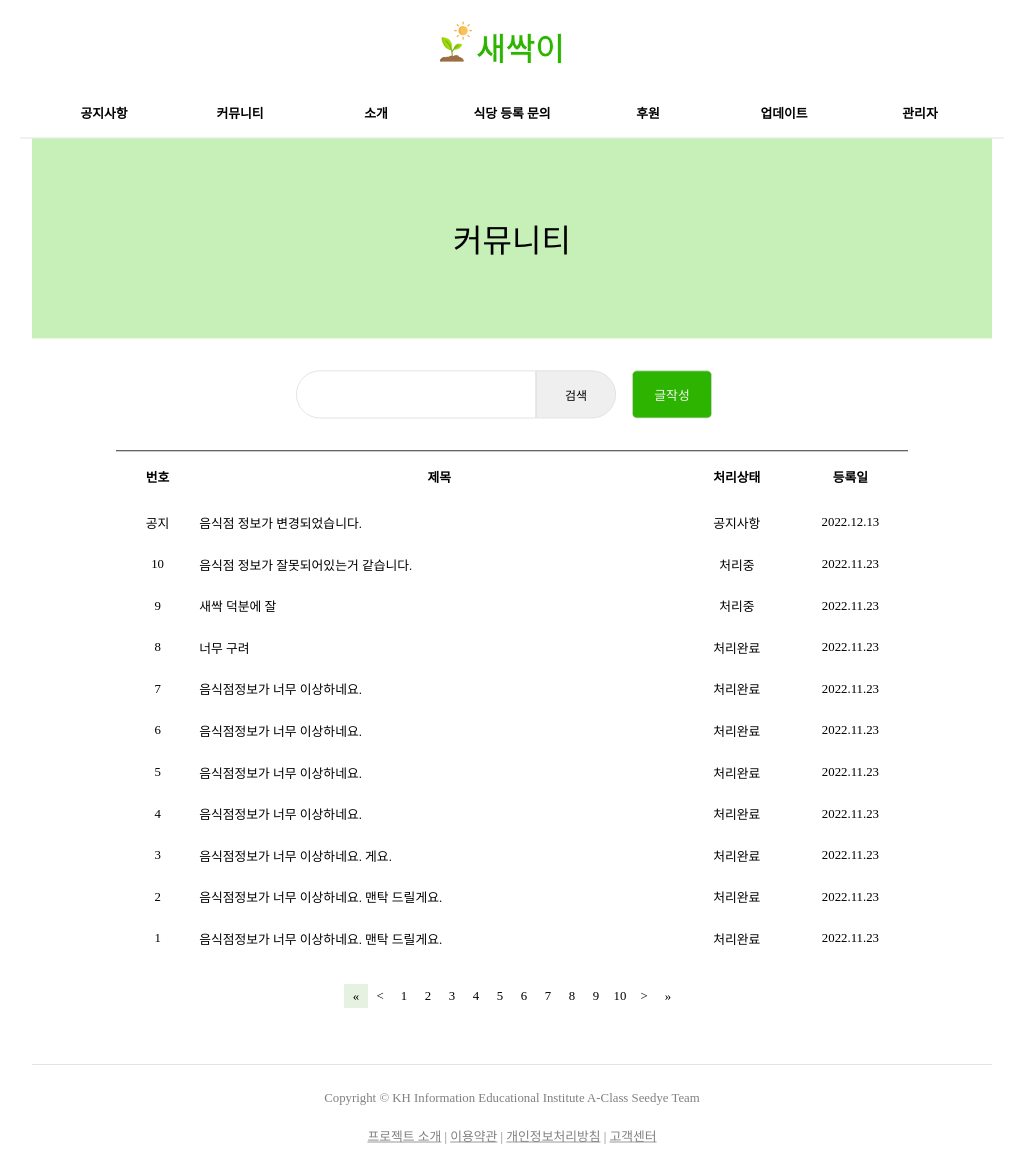
Repository: Seedye/Seedye
Page: team/src/main/webapp/html/board/board-list.html
An editor plug-in stored every save of this project. The page is shown before and after the next save, followed by the edit.
The browser window is 1280 px wide. The pictures show the whole page, at 80% of full size.
The pointer rests on the first visible `.board-list-page-area>li`.
Some web fonts or font styles are not loaded; a fallback is used.

Above is the page before, as saved 2022-12-14 16:47:30.

### team/src/main/webapp/html/board/board-list.html
<!DOCTYPE html>
<html lang="en">
<head>
    <meta charset="UTF-8">
    <meta http-equiv="X-UA-Compatible" content="IE=edge">
    <meta name="viewport" content="width=device-width, initial-scale=1.0">
    <title>boardList</title>
    <link rel="stylesheet" href="../../resources/css/header.css">
    <link rel="stylesheet" href="../../resources/css/boardList-style.css">
</head>
<body>
  <header>
        <!-- 헤더 -->
        <section id="header-container">
            <!-- 로고 -->
            <section id="logo-section">
                <a href="#"><img id="logo" src="../../resources/images/새싹이.png"></a>
                <a href="#" id="logo-content">새싹이</a>
            </section>
            <!-- 메뉴창 -->
            <nav id="nav-bar">
                <ul>
                    <li><a href="#"></a>공지사항</li>
                <li><a href="#"></a>커뮤니티</li>
                <li><a href="#"></a>소개</li>
                <li><a href="#"></a>식당 등록 문의</li>
                <li><a href="#"></a>후원</li>
                <li><a href="#"></a>업데이트</li>
                <li><a href="#"></a>관리자</li>
            </ul>
        </nav>
    </section>
    </header>
    <main>
      <!-- board 영역 -->
      <section class="board-body-area">
        <div class="board-title">커뮤니티</div>

        <!-- 검색 -->
        <div class="board-list-serch-write-area">
          <!-- 검색어 입력 input -->
          <div class="board-list-serch">
            <input type="text" >
          </div>
          <!-- 검색 버튼 -->
          <button>검색</button>
          <!-- 글작성 버튼 -->
          <div class="board-write-btn">글작성</div>
        </div>

        <!-- 게시글 리스트 영역 -->
        <div class="board-list-area">
          <!-- 게시글 나타나는 테이블 -->
          <table class="board-list-table">
            <thead class="board-list-thead">
              <th>번호</th>
              <th>제목</th>
              <th>처리상태</th>
              <th>등록일</th>
            </thead>
            <tbody>

              <!-- 공지 -->
              <tr>
                <td>공지</td>
                <td>음식점 정보가 변경되었습니다.</td>
                <td>공지사항</td>
                <td>2022.12.13</td>
      <!-- colspan="2" -->
              </tr>

              <!-- 게시물 -->
              <tr>
                <td>10</td>
                <td>음식점 정보가 잘못되어있는거 같습니다.</td>
                <td>처리중</td>
                <td>2022.11.23</td>
              </tr>

              <tr>
                <td>9</td>
                <td>새싹 덕분에 잘 </td>
                <td>처리중</td>
                <td>2022.11.23</td>
              </tr>

              <tr>
                <td>8</td>
                <td>너무 구려</td>
                <td>처리완료</td>
                <td>2022.11.23</td>
              </tr>

              <tr>
                <td>7</td>
                <td>음식점정보가 너무 이상하네요. </td>
                <td>처리완료</td>
                <td>2022.11.23</td>
              </tr>
              <tr>
                <td>6</td>
                <td>음식점정보가 너무 이상하네요.  </td>
                <td>처리완료</td>
                <td>2022.11.23</td>
              </tr>
              <tr>
                <td>5</td>
                <td>음식점정보가 너무 이상하네요.  </td>
                <td>처리완료</td>
                <td>2022.11.23</td>
              </tr>
              <tr>
                <td>4</td>
                <td>음식점정보가 너무 이상하네요. </td>
                <td>처리완료</td>
                <td>2022.11.23</td>
              </tr>
              <tr>
                <td>3</td>
                <td>음식점정보가 너무 이상하네요. 게요. </td>
                <td>처리완료</td>
                <td>2022.11.23</td>
              </tr>
              <tr>
                <td>2</td>
                <td>음식점정보가 너무 이상하네요. 맨탁 드릴게요. </td>
                <td>처리완료</td>
                <td>2022.11.23</td>
              </tr>
              <tr>
                <td>1</td>
                <td>음식점정보가 너무 이상하네요. 맨탁 드릴게요. </td>
                <td>처리완료</td>
                <td>2022.11.23</td>
              </tr>
            </tbody>


          </table>

            <ul class="board-list-page-area">
              <li>&laquo;</li>
              <li>&lt;</li>
              <li>1</li>
              <li>2</li>
              <li>3</li>
              <li>4</li>
              <li>5</li>
              <li>6</li>
              <li>7</li>
              <li>8</li>
              <li>9</li>
              <li>10</li>
              <li>&gt;</li>
              <li>&raquo;</li>
            </ul>
            <!-- <div class="board-list-page-num"></div>
            <div class="board-list-page-num"></div> -->
          </div>

      </section>
    </main>

    <footer>
        <p>
            Copyright &copy; KH Information Educational Institute A-Class Seedye Team
        </p>
        <article>
            <a href="#">프로젝트 소개</a>
            <span>|</span>
            <a href="#">이용약관</a>
            <span>|</span>
            <a href="#">개인정보처리방침</a>
            <span>|</span>
            <a href="#">고객센터</a>
        </article>
    </footer>

</body>
</html>

### team/src/main/webapp/resources/css/header.css

@font-face {
    font-family: 'yg-jalnan';
    src: url('https://cdn.jsdelivr.net/gh/projectnoonnu/noonfonts_four@1.2/JalnanOTF00.woff') format('woff');
    font-weight: normal;
    font-style: normal;
}


@font-face {
    font-family: 'NIXGONM-Vb';
    src: url('https://cdn.jsdelivr.net/gh/projectnoonnu/noonfonts_six@1.2/NIXGONM-Vb.woff') format('woff');
    font-weight: normal;
    font-style: normal;
}

*{
    box-sizing: border-box;
    margin: 0;
    padding: 0;
}

body{
    display: flex;
    justify-content: center;
    align-items: center;
    flex-direction: column;
}


#logo-section{
    width: 1200px;
    display: flex;
    justify-content: center;
    align-items: center;
    margin-top: 20px;
}

#logo{
    width: 50px;
    height: 50px;
}

#logo-content{
    color: #2db400;
    -webkit-text-stroke: 1px white;
    text-decoration: none;
    font-weight: bold;
    font-family: yg-jalnan;
    font-size: 40px;
    padding-top: 10px;
}

#nav-bar{
    display: flex;
    justify-content: center;
    margin: 20px 0px  0px  0px;
}

#nav-bar > ul {
    width: 100%;
    display: flex;
    justify-content: space-between;
    font-weight: bold;
    border-bottom: 1px solid #ddd;
    padding: 0px 20px;
}

#nav-bar > ul > li{
    font-family: NIXGONM-Vb;
    float: left;
    display: flex;
    justify-content: center;
    padding: 20px 35px;
    border-radius: 6px;
    cursor: pointer;
    width: 170px;
    height: auto;
}

#nav-bar > ul > li:hover{
    background-color: rgba(45, 180, 0, 0.6);
    color: white;
    transition-duration: 0.3s;
}

footer {
    width: 1200px;
    height: 134px;
    color: gray;
    font-size: var(--small-font-size);
    padding: 20px 0;

    display: flex;
    flex-direction: column;
    justify-content: space-around;
    align-items: center;

    /* position: absolute; */
    bottom: 0;

    border-top: 1px solid #ddd;
  }

  footer a {
    color: gray;
  }

### team/src/main/webapp/resources/css/boardList-style.css
*{
  font-family: "NIXGONM-Vb";
}

.board-title{
  /* margin-top: 0; */
  width: 1200px;
  height: 250px;
  background-color: #c6f0b8;
  display: flex;
  justify-content: center;
  align-items: center;
  font-size: 40px;
}
/* 검색 영역 스타일 */
.board-list-serch-write-area{
  display: flex;
  align-items: center;
  justify-content: center;
  margin-top: 20px;
  margin-bottom: 20px;

}
.board-list-serch{
  width: 300px;
  height: 60px;
  border-radius: 30px 0 0 30px;
  border: 1px solid #ddd;

  display: flex;
    justify-content: end;
    align-items: center;
}
.board-list-serch > input{
  width: 260px;
  height: 50px;
  border: 0px;
  font-size: 20px;
}
.board-list-serch > input:focus{
  outline: none;

}
.board-list-serch-write-area > button{
  height: 60px;
  width: 100px;
  border-radius: 0 30px 30px 0;
  border: 1px solid #ddd;
  font-size: 15px;
  cursor: pointer;
}

.board-write-btn{
  margin: 20px;
  width: 100px;
  height: 60px;
  display: flex;
  align-items: center;
  border-radius: 6px;
  justify-content: center;
  border: 1px solid #ddd;
  cursor: pointer;
  background-color: #2db400;
  color: whitesmoke;
}
.board-write-btn:hover{
  transition-duration: 0.2s;
  background-color: #2aa800;
  box-shadow: 1px 1px 1px 1px rgb(216, 216, 216);
  border:none;
}
/* 테이블 스타일 */
.board-list-table{
  text-align: center;

  margin: auto;
  /* width: 90vw; */
  border-top: 1px solid black;
}
/* .board-list-area{
  height: 500px;
} */
.board-list-thead{
  height: 60px;
  /* background-color: red; */
  border-top: 2px solid red;
}
.board-list-thead > tr{
  border: 2px solid red;
}
/* 게시글 번호 부분 */
.board-list-table > tbody > tr > td:first-child {
  width: 100px;
  height: 50px;
  cursor: pointer;
  /* background-color: blueviolet; */

  /* text-align: center; */
}
/* 게시물 제목 부분 */
.board-list-table > tbody > tr > td:nth-child(2){
  /* display: block; */
  width: 600px;
  height: 50px;
  text-align: left;
  cursor: pointer;

}
/* 게시글 처리상태/등록일 부분 */
.board-list-table > tbody > tr > td:nth-child(3),
.board-list-table > tbody > tr > td:nth-child(4){
  /* width: 140px; */
  min-width: 140px;
  height: 50px;
  cursor: pointer;
  /* background-color: red; */
}

/* {
  width: 140px;
  height: 50px;

} */

.board-list-table > tbody> tr{

  height: 50px;
}
.board-list-table > tbody> tr:hover{
  background-color: #d8f0d0;

}
/* .board-list-table > tbody > tr > td:hover{
  background-color: #d8f0d0;
} */

/* 페이지 넘기기 스타일 */
.board-list-page-area{
  display: flex;
  justify-content: center;
  margin-top: 30px;
  margin-bottom: 70px;
}

.board-list-page-area>li{
  display: flex;
  justify-content: center;
  align-items: center;
  width: 30px;
  height: 30px;
  list-style:none;
  cursor: pointer;
  /* padding-left: 0px; */
}
.board-list-page-area>li:hover{
  background-color: #e5f1e1;
  border-bottom: #2db400;
}

After the next save:
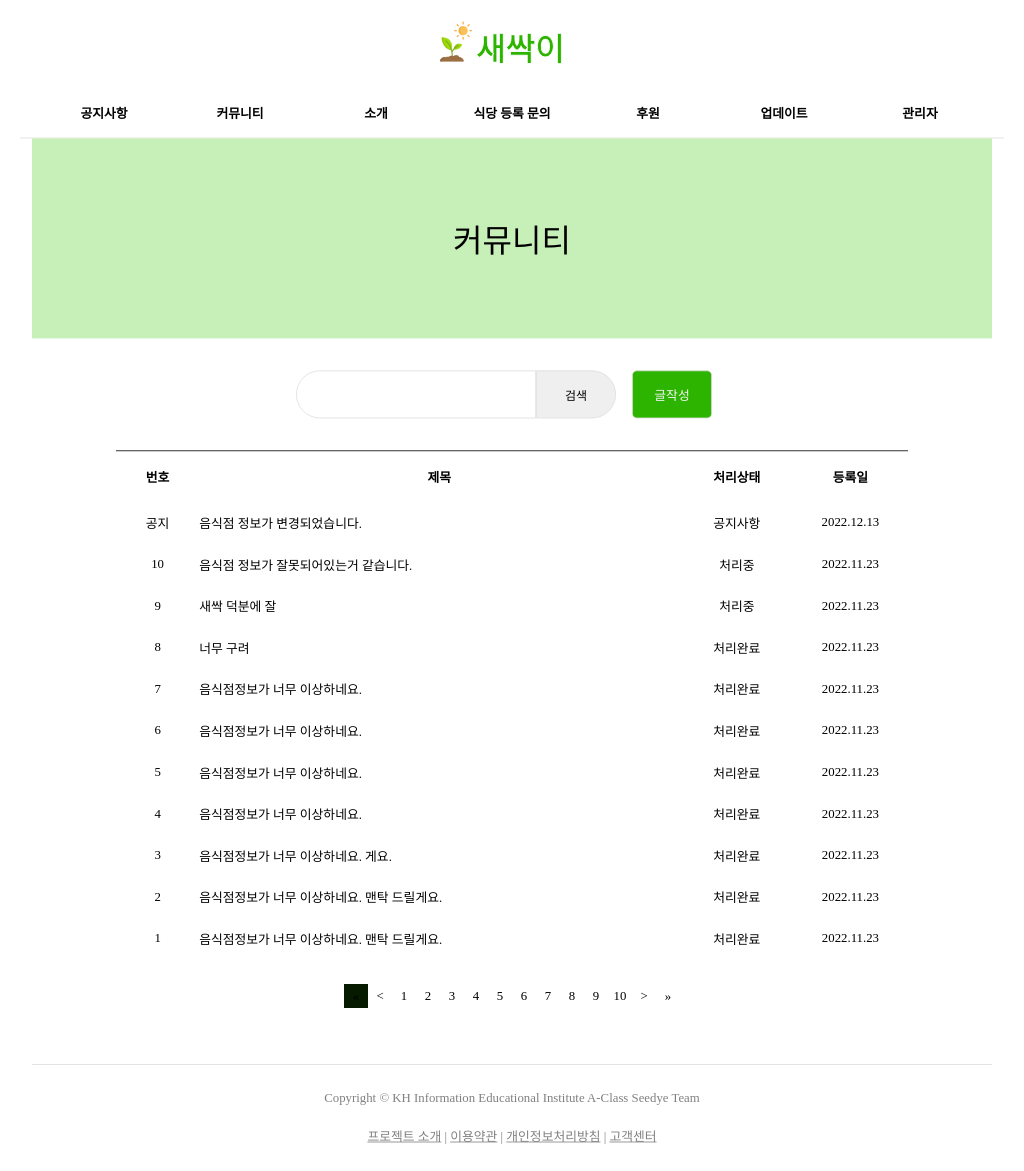
Saved 11 s later.
--- a/team/src/main/webapp/resources/css/boardList-style.css
+++ b/team/src/main/webapp/resources/css/boardList-style.css
@@ -153,6 +153,6 @@
   /* padding-left: 0px; */
 }
 .board-list-page-area>li:hover{
-  background-color: #e5f1e1;
+  background-color: #061a00;
   border-bottom: #2db400;
 }
